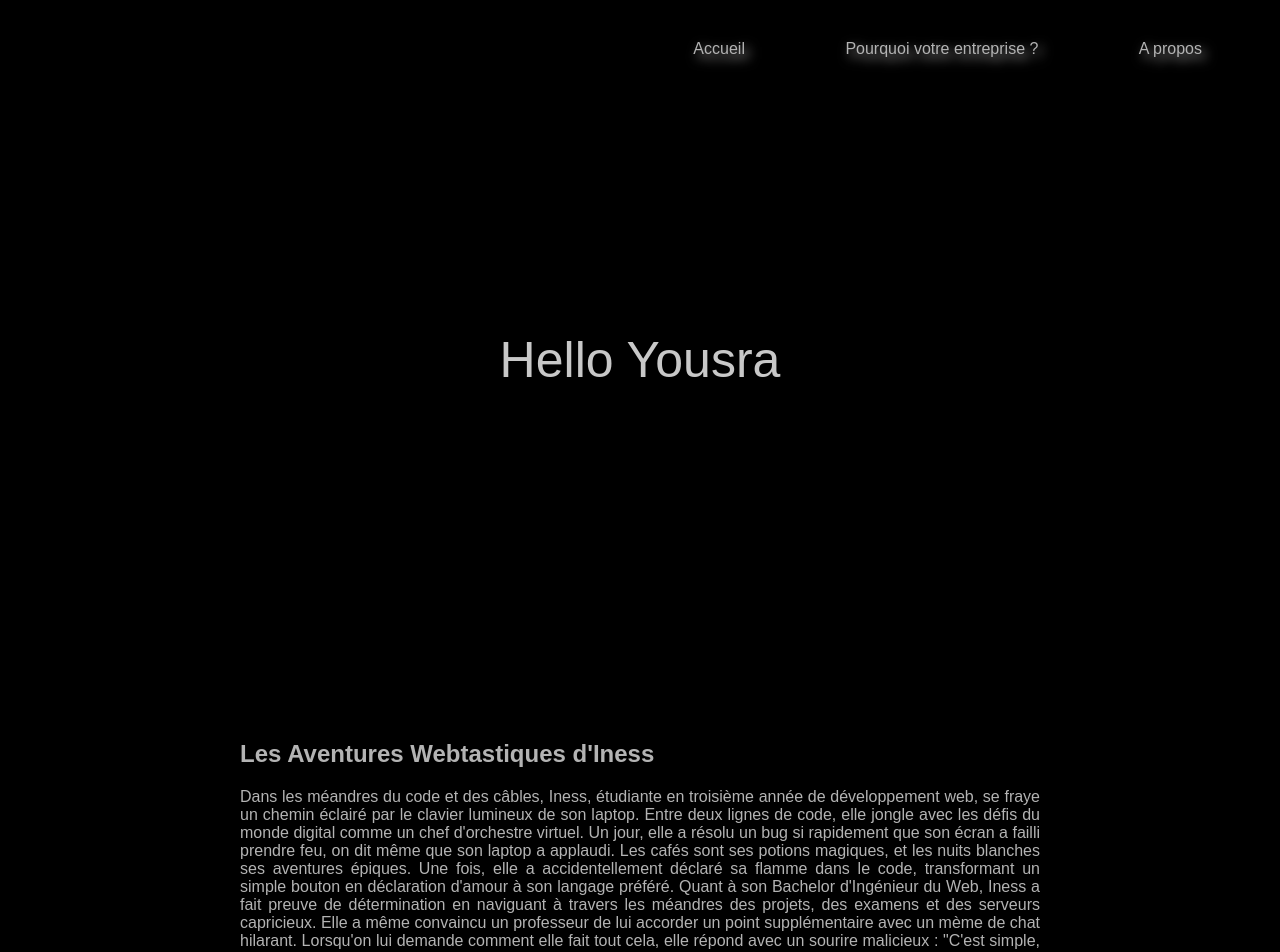
Repository: inessben/application
Page: index.html
The author's editor kept a copy of each file at every save. The page is drawn from the files as they stood at one save, then again after the next save.
The browser window is 1280 px wide. The pictures show the part of the page from y = 0 to 952 px (the page is 1990 px tall before and 1991 px after).
A picture or video elsewhere on the page could not be fetched, so the positions and the page height are approximate.

Above is the page before, as saved 2023-12-03 21:28:18.

### index.html
<!DOCTYPE html>
<html lang="en">
<head>
    <meta charset="UTF-8">
    <meta name="viewport" content="width=device-width, initial-scale=1.0">
    <!-- generate the icon -->
    <link rel="apple-touch-icon" sizes="180x180" href="/favicon/apple-touch-icon.png">
    <link rel="icon" type="image/png" sizes="32x32" href="/favicon/favicon-32x32.png">
    <link rel="icon" type="image/png" sizes="16x16" href="/favicon/favicon-16x16.png">
    <link rel="manifest" href="/favicon/site.webmanifest">
    <link rel="mask-icon" href="/favicon/safari-pinned-tab.svg" color="#5bbad5">
    <meta name="msapplication-TileColor" content="#da532c">
    <!--  -->
    <meta name="theme-color" content="#333333">
    <title>#slowlyApplication</title>
    <link rel="stylesheet" href="index.css">
</head>
<body>

    <section id="nav-header">
        <header class="nav-links">
            <a href="./index.html" class="link">Accueil</a>
            <a href="./company/company.html" class="link">Pourquoi votre entreprise ?</a>
            <a href="./about/about.html" class="link">A propos</a>
        </header>
    </section>

    <section id="interactive-section">
    <p id="text-content">Hello Yousra</p>
    </section>

    <section id="main-content">
        <h1>Les Aventures Webtastiques d'Iness</h1>
        <p>Dans les méandres du code et des câbles, Iness, étudiante en troisième année de développement web, se fraye un chemin éclairé par le clavier lumineux de son laptop. Entre deux lignes de code, elle jongle avec les défis du monde digital comme un chef d'orchestre virtuel. Un jour, elle a résolu un bug si rapidement que son écran a failli prendre feu, on dit même que son laptop a applaudi. Les cafés sont ses potions magiques, et les nuits blanches ses aventures épiques. Une fois, elle a accidentellement déclaré sa flamme dans le code, transformant un simple bouton en déclaration d'amour à son langage préféré.
        Quant à son Bachelor d'Ingénieur du Web, Iness a fait preuve de détermination en naviguant à travers les méandres des projets, des examens et des serveurs capricieux. Elle a même convaincu un professeur de lui accorder un point supplémentaire avec un mème de chat hilarant. Lorsqu'on lui demande comment elle fait tout cela, elle répond avec un sourire malicieux : "C'est simple, il suffit de coder avec une touche de folie et une pincée de caféine !" Iness est sur le point de décrocher son diplôme, et le monde numérique tremble d'anticipation.</p>
    </section>

    <section id="carousel-container">
        <section id="testimonial1">
            <img src="/images/1.jpg">
            <p><strong>John Doe, PDG de l’Imaginaire Corp.</strong></p>
            <br>
            <br>
            <p>Travailler avec Iness était comme avoir un super-héros du code dans notre équipe. Ses superpouvoirs incluent la résolution instantanée des bugs et une créativité sans limites. Notre codebase n’a jamais été aussi heureuse !</p>
        </section>

        <section id="testimonial2">
            <img src="/images/2.jpg">
            <p><strong>Charlie Console, Architecte du Code chez InnovateTech</strong></p>
            <br>
            <br>
            <p>Recruter Iness ? C’est comme ajouter des commentaires clairs à un script confus. Elle apporte de la clarté, de l’efficacité et un peu de magie à chaque ligne de code !</p>
        </section>

        <section id="testimonial3">
            <img src="/images/3.jpg">
            <p><strong>Sophie Frontend, Directrice de l’Imaginaire Corp.</strong></p>
            <br>
            <br>
            <p>Collaborer avec Iness a été comme travailler avec une fée du front-end. Elle a transformé nos designs en sites web interactifs qui enchantent nos utilisateurs !</p>
        </section>
        </section>

        <footer>
            <p>© Iness Ben Aïssa - All rights reversed. Because who needs more rights anyway?</p>
        </footer>


    <script src="script.js"></script>
</body>
</html>

### index.css
body {
    margin: 0;
    font-family: 'Arial', sans-serif;
    background-color: #000000;
    color: #c8c8c8;
    padding: 0;
}

#nav-header {
    position: absolute;
    top: 30px;
    right: 20px;
    font-size: 16px;
    font-weight: 500;
    padding: 10px;
}

.link {
    filter: drop-shadow(4px 5px 6px #b2b1b1);
    padding: 8px;
    text-decoration: none;
    color: #b3b3b3;
    margin: auto 40px;
}

.link:hover {
    opacity: 0.7;
}

#interactive-section {
    height: 100vh;
    font-size: 50px;
    display: flex;
    align-items: center;
    justify-content: center;
    background-color: #000000;
    transition: opacity 0.5s ease-in-out;
}

#main-content {
    height: 100vh;
    color: #b3b3b3;
    max-width: 800px;
    margin: 20px auto;
    text-align: justify;
    padding: 0 20px;
    transition: opacity 0.5s ease-in-out;
}


#carousel-container {
    display: flex;
    align-items: center;
    justify-content: center;
    display: flex;
    overflow-x: auto;
    }

img{
    margin-left: -200px;
    border-radius: 100px;
    width: 120px;
}

#testimonial1,
#testimonial2,
#testimonial3{
    height: 50vh;
    width: 300px;
    background: #B6C5B6;
    color: #333;
    border-radius: 20px;
    margin: 50px;
    padding: 10px;
    box-sizing: border-box;
    border-radius: 10px;
    text-align: center;
    opacity: 0.8;
    }

#testimonial1 p,
#testimonial2 p,
#testimonial3 p{
    margin-top: -20px;
    z-index: 99;

    }

footer{
    display: flex;
    align-items: center;
    justify-content: center;
}

### script.js
const textContent = document.getElementById('text-content')
const interactiveSection = document.getElementById('interactive-section')
const mainContent = document.getElementById('main-content')
const h1Element = document.querySelector('#main-content h1')
const pElement = document.querySelector('#main-content p')

document.addEventListener('keydown', function (event) {
    if (event.code === 'Space') {
        switch (textContent.innerText) {
            case 'Hello Yousra':
                textContent.innerText = 'Hello Yasmine'
                break
            case 'Hello Yasmine':
                textContent.innerText = 'Hello Chi Khanh'
                break
            case 'Hello Chi Khanh':
                textContent.innerText = '...Or anyone else from the team'
                break
            case '...Or anyone else from the team':
                textContent.innerText = 'Let me present you...'
                break
            default:
                console.log('mainContent')
                interactiveSection.style.opacity = '0'
                interactiveSection.style.pointerEvents = 'none'
                // mainContent.classList.add('display')
                break
        }

        setTimeout(() => {
            mainContent.style.opacity = '1'
            h1Element.style.opacity = '1'
            pElement.style.opacity = '1'
        }, 300) // Ajustez le délai si nécessaire
    }
});

After the next save:
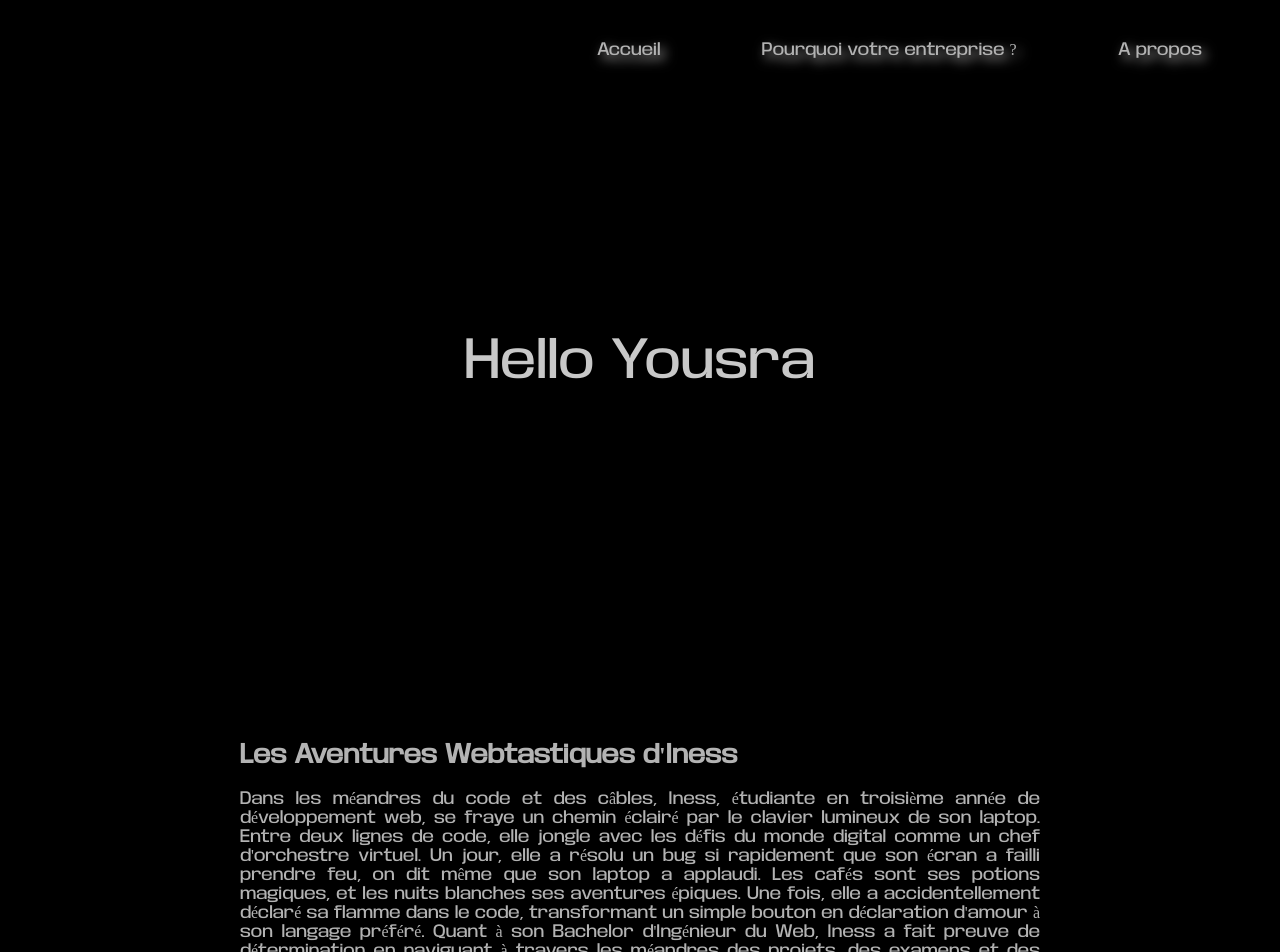
Saved 22 s later.
--- a/index.css
+++ b/index.css
@@ -1,6 +1,17 @@
+@font-face {
+    font-family: "Jolley";
+    src: url("/fonts/jolley.woff");
+}
+
+@font-face {
+    font-family: "Base Neue";
+    src: url("/fonts/base-neue.ttf");
+}
+
 body {
     margin: 0;
-    font-family: 'Arial', sans-serif;
+    font-family: "Base Neue";
+
     background-color: #000000;
     color: #c8c8c8;
     padding: 0;
